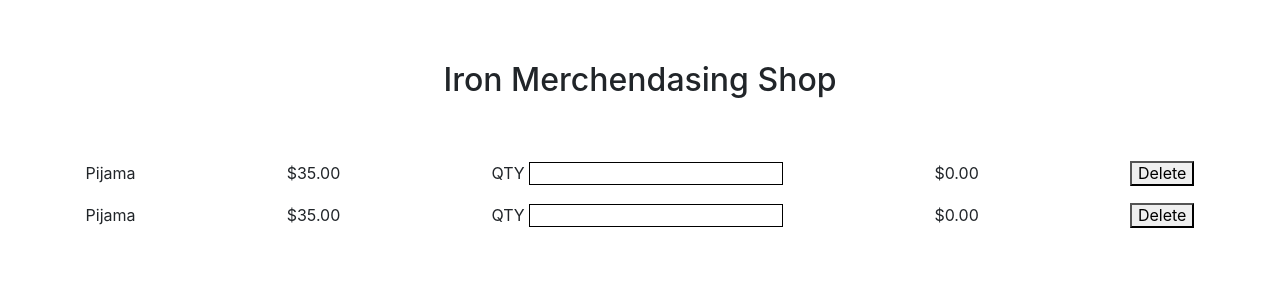
Repository: konstantin0s/lab-cart-DOM
Page: index.html
The author's editor kept a copy of each file at every save. The page is drawn from the files as they stood at one save, then again after the next save.
The browser window is 1280 px wide. The pictures show the whole page.
Some web libraries are served in a nearby version.

Above is the page before, as saved 2019-02-03 09:05:14.
Console error: TypeError: Cannot read properties of null (reading 'addEventListener')

### index.html
<!DOCTYPE html>
<html lang="en">
<head>
  <meta charset="UTF-8">
  <meta name="viewport" content="width=device-width, initial-scale=1.0">
  <meta http-equiv="X-UA-Compatible" content="ie=edge">
  <link rel="stylesheet" href="https://stackpath.bootstrapcdn.com/bootstrap/4.2.1/css/bootstrap.min.css">
  <link rel="stylesheet" href="https://cdnjs.cloudflare.com/ajax/libs/normalize/5.0.0/normalize.min.css">
  <link rel="stylesheet" href="./css/style.css">
  <title>Ironhack cart</title>
</head>

<body>
  <h1  class="title">Iron Merchendasing Shop</h1>
<!--
  <div class="container mt-4" id="amess">
    <h1 class="display-4 text-center">
      <i class="fas fa-book-open text-primary"></i>
      My <span class="text-primary">Products</span>List
      </h1>
      <form action="" id="product-form">
        <div class="form-group">
          <label for="product">Product</label>
          <input id="newProd" class="form-control" type="text">
        </div>
        <div class="form-group">
          <label for="price">$:</label>
          <input id="newPrice" class="form-control" type="text">
        </div>
        <div class="form-group">
          <label for="quantity">QTY</label>
          <input id="newQty" class="form-control" type="text">
        </div>
        <input type="submit" value="Add Product"
          class="btn btn-primary btn-block">
     </form>
        <table class="table table-striped">
          <thead>
            <tr>
              <th>Product:</th>
              <th class="fPrice">Price:</th>
              <th class="fQua">Quantity:</th>
              <th class="fTotal">Total:</th>
              <th></th>
            </tr>
          </thead>
            <tbody id="product-list"></tbody>
          </table>
  </div>   -->


  <div id="container">

      <div class="product">
        <div class="name"><span>Pijama</span></div>
        <div class="price">$<span>35.00</span></div>
        <div>
          <label>QTY</label>
          <input type="number" name="quantity" class="quantity">
        </div>
        <div class="sum">$<span>0.00</span></div>
        <div><button class="btn-delete">Delete</button></div>
      </div>

      <div class="product">
          <div class="name"><span>Pijama</span></div>
          <div class="price">$<span>35.00</span></div>
          <div>
            <label>QTY</label>
            <input type="number" name="quantity" class="quantity">
          </div>
          <div class="sum">$<span>0.00</span></div>
          <div><button class="btn-delete">Delete</button></div>
        </div>


    </div>



    <!-- <div class="calculate">
      <button type="button" class="button btn-success" id="calc-prices-button">Calculate Prices</button>
    </div>

    <div class="addProductButton">
      <button type="button" class="button btn-success" id="addExtra">Add Product</button>
    </div>

    <div class="newRowItems">

    </div>   -->

      <script type="text/javascript" src="./js/index.js"></script>

</body>
</html>

### css/style.css

body{
  background-color: rgb(red, green, blue);
  overflow-x: hidden;
}

.title {
  text-align: center;
  padding: 40px;
}

.container {
  display: flex;
  flex-direction: row;
  margin: 10px 0;
}

.container div {
 display: flex;
 width: 300px;
 justify-content: center;
 flex-direction: row;
}

input {
  border: solid 1px black;
}

.button {
  display: inline-block;
  padding: 6px 12px;
  margin-bottom: 0;
  font-size: 14px;
  font-weight: 400;
  line-height: 1.42857143;
  text-align: center;
  white-space: nowrap;
  vertical-align: middle;
  -ms-touch-action: manipulation;
  touch-action: manipulation;
  cursor: pointer;
  -webkit-user-select: none;
  -moz-user-select: none;
  -ms-user-select: none;
  user-select: none;
  background-image: none;
  border: 1px solid transparent;
  border-radius: 4px;
}

.btn-success {
    color: #fff;
    background-color: #5cb85c;
    border-color: #4cae4c;
}

.product {
  margin: 10px;
  display: flex;
  flex-direction: row;
  justify-content: space-around;
}

.cost-1 {
  margin: 10px;

}

.input {
  margin: 10px;
}

.totalP-1 {
  margin: 10px;
} */
/*
.calculate {
position:relative;
 top: -250px;
 left: 850px;
}

.remove {
  margin: 10px;
} */

.btn-delete {
    color: #fff;
    background-color: #CF000F;
    border-color: #CF000F;
}

/* .quantity {
  margin: 0px 5px;
  height: 30px;
} */
/*
.newRowItems {
  display: flex;
  flex-direction: column;

}

.newRowItems p{
 position: relative;
 top: -40px;
 left: 175px;
}

.newRowItems .sexy{
  position: relative;
  top: -2x;
  left: 20px;
 }
 .newRowItems .quan {
  position: relative;
  top: -130px;
  left: 460px;
}

 .newRowItems input{
  position: relative;
  top: -91px;
  left: 190px;
 }


 .newRowItems .inputQua{
  position: relative;
  top: -80px;
  left: 380px;
 }

  .newRowItems .defPrice{
  position: relative;
  top: -210px;
  left: 845px;
 } */

 /* style new added new products*/
 /* #amess {
   display:flex;
   width:50%;
   height: 500px;
   flex-direction: column;
   /* align-items: center; */
   /* margin-bottom: 300px;
   left: -400px;
 } */
/*
.addProductButton {
  position: relative;
  top: -283px;
  left: 999px; */

/* } */

/*
.newRowItems button {
  position: relative;
  top: -253px;
  left: 890px;
  width: 70px;
  display: inline-block;
  padding: 6px 12px;
  margin-bottom: 0;
  font-size: 14px;
  font-weight: 400;
  line-height: 1.42857143;
  text-align: center;
  white-space: nowrap;
  vertical-align: middle;
  -ms-touch-action: manipulation;
  touch-action: manipulation;
  cursor: pointer;
  -webkit-user-select: none;
  -moz-user-select: none;
  -ms-user-select: none;
  user-select: none;
  background-image: none;
  border: 1px solid transparent;
  border-radius: 4px;

} */

### js/index.js

  document.getElementById("calc-prices-button").addEventListener("click", getTotalPrice);
  document.getElementById("addExtra").addEventListener("click", createNewItemRow);
  // document.getElementById("addExtra").addEventListener("click", createQuantityNode);
  // document.getElementById("addExtra").addEventListener("click", createQuantityInput);
  // document.getElementById("addExtra").addEventListener("click", getPriceByProduct);
  document.getElementById("addExtra").addEventListener("click",   createDeleteButton);
  // document.getElementById("calc-prices-button").addEventListener("click", calculatePriceProducts);

//         var clickedElement = event.target;
//         var parentElement = event.target.parentElement;

//         Retrieves the unit price of the productv
// Retrieves the quantity of items desired
// Calculates the total price based on this data
// Updates the total price in the DOM
// getPriceByProduct();

// var productsArray = document.getElementById('form').elements;
// // var productsArray = [...document.getElementById('form').children).elements];
// console.log(productsArray);

// function calculatePriceProducts() {
//   var result = 0;
//   productsArray.forEach(function(index) {
//     var priceItem = document.getElementsByClassName("cost-" + index.toString()).value;
//     var num = parseFloat(priceItem.replace(/[^0-9.]/g, ""));
//     var quantity = document.getElementsByClassName("total-" + index.toString()).value;
//     quantity = parseInt(quantity);
//     var total = quantity * num;
//     document.getElementsByClassName("totalP-" + num.toString()).innerHTML = total;
//     result += total;
//   })
//   document.getElementsByClassName("price2").textContext = result;
// }




function deleteItem(e){

}

function getPriceByProduct(itemNode){
  // var h5 = document.createElement("H5");                       // Create a <p> element
  // itemNode = document.createTextNode("$0 ");
  // h5.className = 'defPrice';     // Create a text node
  // h5.appendChild(itemNode);                                          // Append the text to <p>
  // document.getElementsByClassName("newRowItems")[0].appendChild(h5);
}


function updatePriceByProduct(productPrice, index){

}

// function getTotalPrice(result) {
//    var getQuantity = parseInt(document.getElementById('costUnit').value);
//    var getInput = parseInt(document.getElementById('quantity').value);
//    var result = getQuantity * getInput;

// //    var elements = document.getElementById("my-form").elements;
// //    for (var i = 0; i < elements.length; i++) {

// // }

//     if (!result) {
//     document.getElementsByClassName("totalP-1")[0].innerHTML = "Add Num";
//   } else {
//     document.getElementsByClassName("totalP-1")[0].innerHTML = "Total price is = $" + result;
//   }
// }




function createQuantityInput() {
// var label = document.createElement("LABEL");
// label.className = 'inputQua';
// var quaInput = document.createElement("INPUT");
// label.appendChild(quaInput);
// document.getElementsByClassName('newRowItems')[0].appendChild(label);
}

function createDeleteButton(){
// var button = document.createElement("BUTTON");
// button.className = 'button btn-delete';
// var quaDel = document.createTextNode("Delete");
// button.appendChild(quaDel);
// document.getElementsByClassName('newRowItems')[0].appendChild(button);
}

function createQuantityNode(){
  // var h5 = document.createElement("H5");
  // h5.className = 'quan';                       // Create a <p> element
  // var quaNode = document.createTextNode("Quantity: ");      // Create a text node
  // h5.appendChild(quaNode);                                          // Append the text to <p>
  // document.getElementsByClassName("newRowItems")[0].appendChild(h5);
}

function createItemNode(dataType, itemData){

}

function createNewItemRow(itemName, itemUnitPrice){
  // var h5 = document.createElement("H5");                       // Create a <p> element
  // itemName = document.createTextNode("Sexy Shirt: ");
  // h5.className = 'sexy';     // Create a text node
  // h5.appendChild(itemName);                                          // Append the text to <p>
  // document.getElementsByClassName("newRowItems")[0].appendChild(h5);

  // var label = document.createElement("LABEL");
  // var par = document.createElement("P");                       // Create a <p> element
  // var dollar = document.createTextNode("$");
  // par.appendChild(dollar);
  // itemUnitPrice = document.createElement("INPUT");
  // label.appendChild(itemUnitPrice);
  // document.getElementsByClassName('newRowItems')[0].appendChild(par);
  // document.getElementsByClassName('newRowItems')[0].appendChild(label);

}

function createNewItem(){

}

// window.onload = function(){
//   var calculatePriceButton = document.getElementById('calc-prices-button');
//   var createItemButton = document.getElementById('new-item-create');
//   var deleteButtons = document.getElementsByClassName('btn-delete');

//   calculatePriceButton.onclick = getTotalPrice;
//   createItemButton.onclick = createNewItem;

//   for(var i = 0; i<deleteButtons.length ; i++){
//     deleteButtons[i].onclick = deleteItem;
//   }
// };




// class Product {
//   constructor(name, price, quantity) {
//     this.name = name;
//     this.price = price;
//     this.quantity = quantity;
//   }
// }

// //local storage
// class Store {
//   static getProducts() {
//     var products;
//     if (localStorage.getItem('products') === null) {
//       products = [];
//     } else {
//       products = JSON.parse(localStorage.getItem('products'));
//     }

//     return products;
//   }

//   static addProduct(product) {
//      var products = Store.getProducts();
//        products.push(product);
//        localStorage.setItem('products', JSON.stringify(products));
//   }

//   static removeProduct(quantity) {
//     var products = Store.getProducts();
//     products.forEach((product, index) => {
//       if (product.quantity === quantity) {
//         products.splice(index, 1);
//       }
//     });

//     localStorage.setItem('products', JSON.stringify(products));

//   }
// }

// class UI {
//   static displayProducts() {

//      const products = Store.getProducts();

//      products.forEach((product) => UI.addProductToList(product));

//      }
//      static addProductToList(product) {
//       var list = document.querySelector("#product-list");
//       var  row = document.createElement("TR");
//       row.innerHTML = `
//       <td>${product.name}</td>
//       <td>${product.price}</td>
//       <td>${product.quantity}</td>
//       <td><a href="#" class="btn btn-danger btn-sm
//        delete">X</a></td>
//      `;

//       list.appendChild(row);
//   }

//   static deleteProduct(el) {
//     if (el.classList.contains("delete")) {
//         el.parentElement.parentElement.remove(); // deletes tr
//     }
//   }

//   static showAlert(message, className) {
//   var div = document.createElement('div');
//      div.className = `alert alert-${className}`;
//      div.appendChild(document.createTextNode(message));
//      var container = document.querySelector('#amess');
//      var form = document.querySelector('#product-form');
//      container.insertBefore(div, form);
//      setTimeout(() => document.querySelector('.alert').remove(), 3000);
//   }

//   static clearFields() {
//     const name = document.querySelector("#newProd").value = "";
//     const price = document.querySelector("#newPrice").value = "";
//     const quantity = document.querySelector("#newQty").value = "";
//   }
// }


// document.addEventListener("DOMContentLoaded", UI.displayProducts);

// document.querySelector("#product-form").addEventListener("submit", (e) => {
//   // e.preventDefault();
//   const name = document.querySelector("#newProd").value;
//   const price = document.querySelector("#newPrice").value;
//   const quantity = document.querySelector("#newQty").value;

//   //validate
//   if (name === '' || price === '' || quantity === '') {
//     UI.showAlert('please fill in all fields', 'danger');
//   } else {
//     const product = new Product(name, price, quantity);

//     UI.addProductToList(product);

//     //add product to Store
//     Store.addProduct(product);

//     UI.clearFields();
//   }


// });

// //delete product
// document.querySelector("#product-list").addEventListener("click", (e) => {
//   UI.deleteProduct(e.target);

//   //remove product from store
// Store.removeProduct(e.target.parentElement.previousElementSibling.textContent);

// });

After the next save:
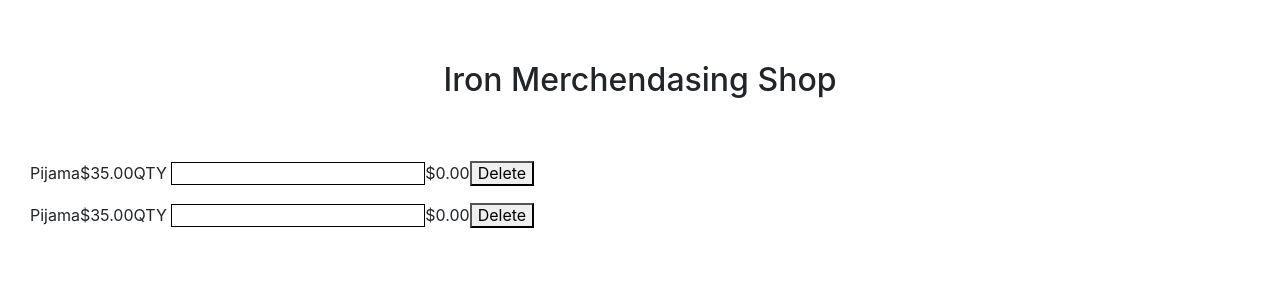
Saved 47 s later.
--- a/css/style.css
+++ b/css/style.css
@@ -58,7 +58,7 @@ input {
   margin: 10px;
   display: flex;
   flex-direction: row;
-  justify-content: space-around;
+  margin: 10px 30px 10px 30px;
 }
 
 .cost-1 {
